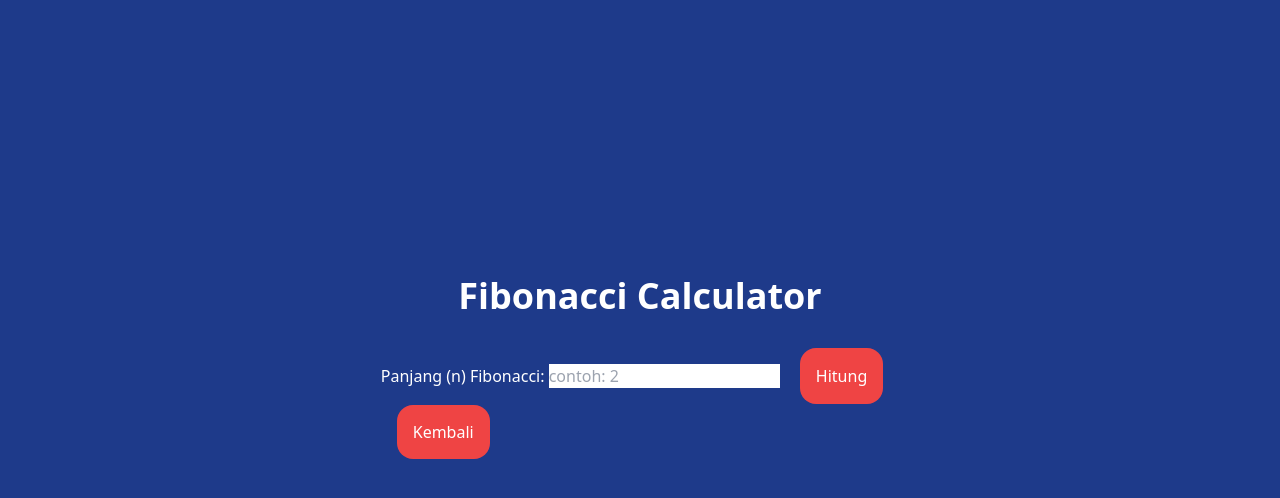
Repository: RifaiKN/flask-week10
Page: http://localhost/fibonacci
An editor plug-in stored every save of this project. The page is shown before and after the next save, followed by the edit.
The browser window is 1280 px wide. The pictures show the whole page.
The page is served by the project's application, run on Flask 3 (app.py).

Above is the page before, as saved 2023-11-17 22:01:19.

After the next save:
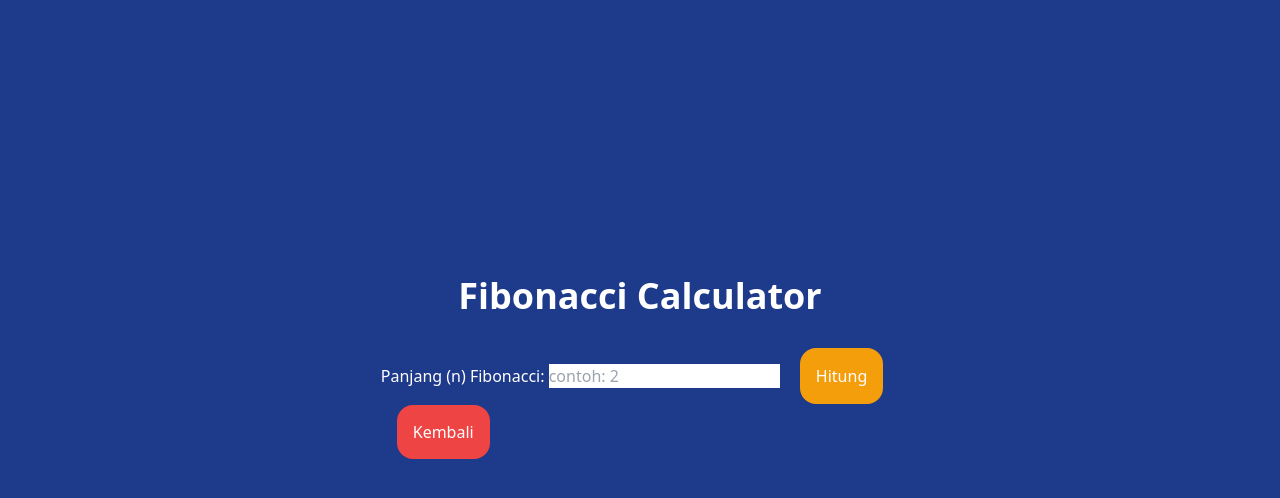
Saved 7 s later.
--- a/templates/fibonacci.html
+++ b/templates/fibonacci.html
@@ -20,7 +20,7 @@
         <form action="/fibonacci" method="post">
             <label for="length">Panjang (n) Fibonacci:</label>
             <input type="number" name="length" placeholder="contoh: 2" required style="color: #fff;">
-            <button class="m-4 p-4 bg-red-500 hover:bg-red-600 rounded-2xl text-white" type="submit">Hitung</button>
+            <button class="m-4 p-4 bg-yellow-500 hover:bg-yellow-600 rounded-2xl text-white" type="submit">Hitung</button>
             <div>
                 <a href="/" class="m-4 p-4 bg-red-500 hover:bg-red-600 rounded-2xl text-white">Kembali</a>
             </div>
